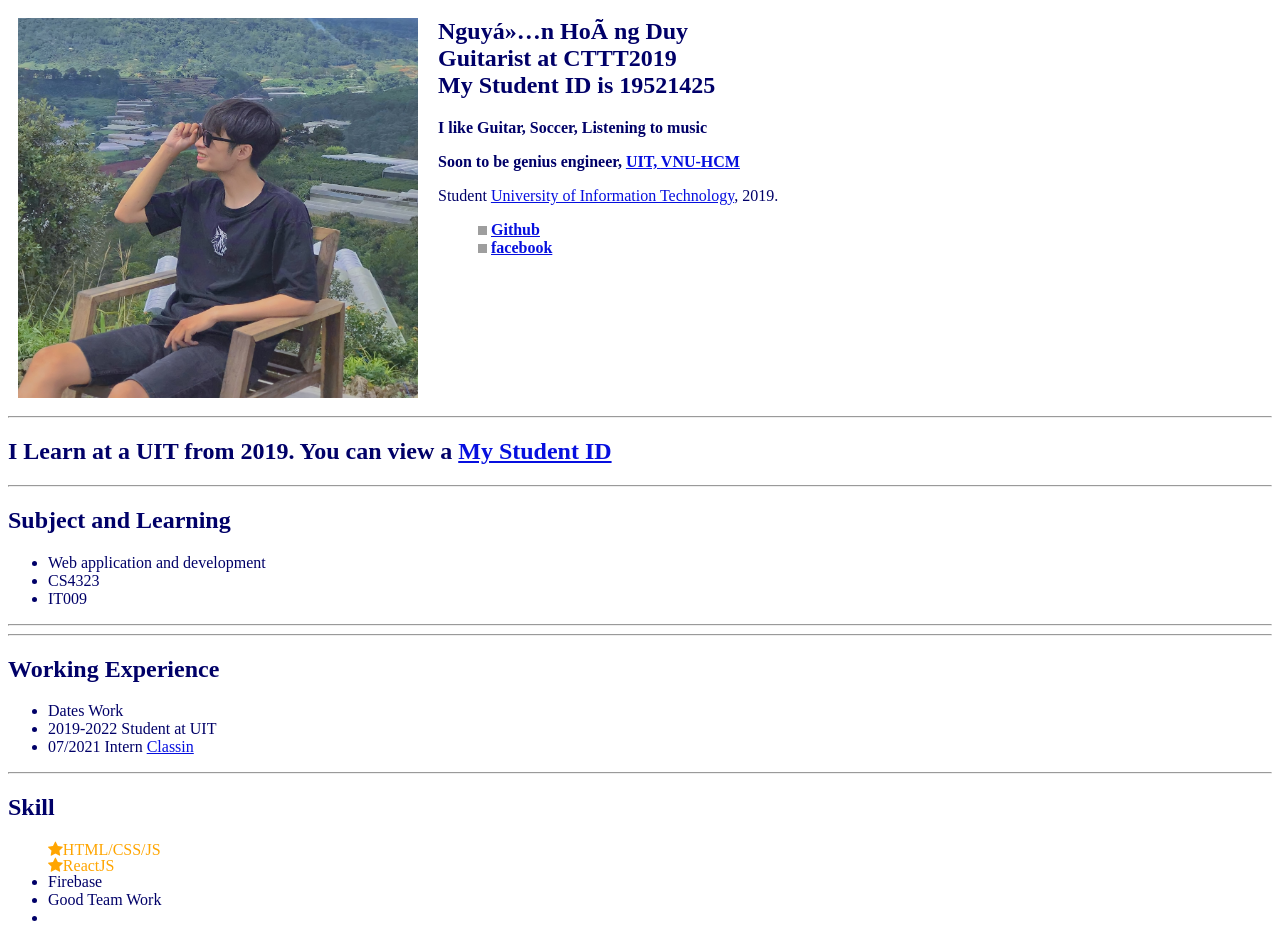
Repository: HoangDuy315/web-dev2022
Page: ex2.html
These files come from the project's save history. The page is drawn as it stood at one moment and after the next save; the edit follows.
The browser window is 1280 px wide. The pictures show the whole page.
Pictures or frames that could not be fetched are drawn as grey boxes.

Above is the page before, as saved 2022-09-22 15:14:07.

### ex2.html
<html>
    <head>
        <title>GnahYuD</title>
        <link rel="SHORTCUT ICON" href="images/cormen-tiny.jpg">
        <script charset="utf-8" src="https://platform.twitter.com/js/button.c6c95b9789db97ea1e9742d215fff751.js"></script>
        <link rel="stylesheet" href="ex2.css">
        <link rel="stylesheet" href="https://cdnjs.cloudflare.com/ajax/libs/font-awesome/4.7.0/css/font-awesome.min.css">
    </head>
<body text="#000068" link="#060FDF" vlink="#060FDF" alink="#DC24C5">

<!-- <TABLE CELLPADDING="10" CELLSPACING="0" WIDTH="475"> -->
<table cellpadding="10" cellspacing="0">
<tbody><tr valign="TOP">

<td valign="TOP" width="151">

<img class="duy" src="./123.JPG"><p>

</p></td>

<td valign="TOP">

<h2>Nguyễn Hoàng Duy<br>
Guitarist at CTTT2019<br>
My Student ID is 19521425
</h2>

<p>
<strong>I like  Guitar, Soccer, Listening to music</strong>
</p>

<p><strong>Soon to be genius engineer,
<a href="https://www.uit.edu.vn/">UIT, <a href="https://vnuhcm.edu.vn/">VNU-HCM</a></a>
</strong> </p>

<p>

Student <a href="https://www.uit.edu.vn/">University of Information Technology</a>, 2019.</p><p>

</p><dd>
<b>
<img src="images/yellowsq.gif" alt="*" width="9" height="9">
  <a href="https://github.com/HoangDuy315">Github</a><br>
<img src="images/yellowsq.gif" alt="*" width="9" height="9">
     <a href="https://www.facebook.com/profile.php?id=100007746304417">facebook</a>
</b>


</dd></td>
</tr>
</tbody></table>




<hr>

<h2>I Learn at a UIT from 2019.  You can view a <a href="https://student.uit.edu.vn/">My Student ID</a></h2>

<hr>
    <h2>Subject and Learning</h2>
    <ul>
        <li>Web application and development</li>
        <li>CS4323</li>
        <li>IT009</li>
    </ul>

<hr>

<hr>
    <h2>Working Experience</h2>
    <ul>
        <li>Dates Work</li>
        <li>2019-2022 Student at UIT</li>
        <li>07/2021 Intern  <a href="https://www.classin.com/">Classin</a></li>
    </ul>
</hr>

<hr>
    <h2>Skill</h2>
    <ul>
        <li class="fa fa-star checked">HTML/CSS/JS</li><br>
        <li class="fa fa-star checked">ReactJS</li>
        <li>Firebase</li>
        <li>Good Team Work</li>
        <li></li>
    </ul>
</hr>

</script>

</body></html>

### ex2.css


.duy {
    color: blue;
    height: 380px;
    width: 400px;
}

.checked {
    color: orange;
}

After the next save:
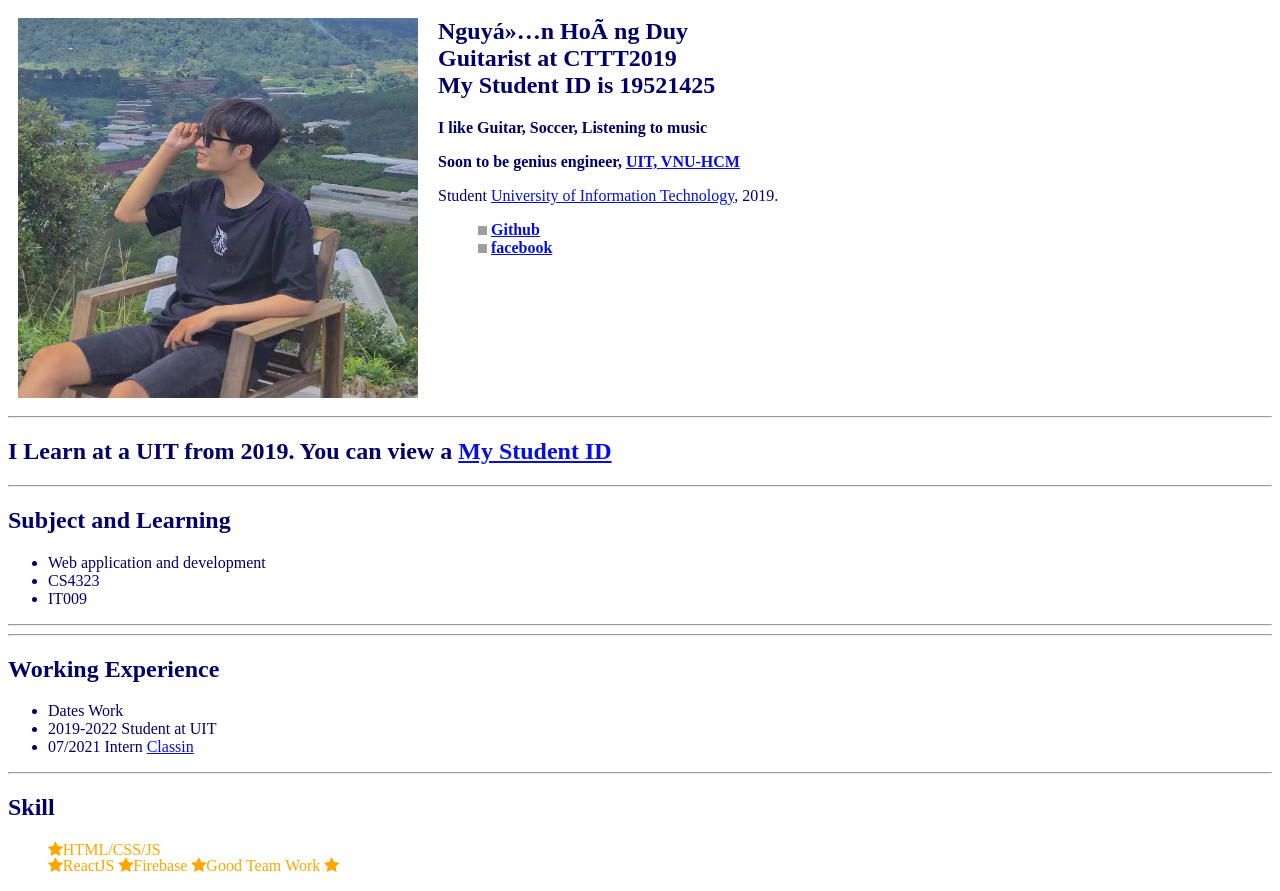
Saved 2 s later.
--- a/ex2.html
+++ b/ex2.html
@@ -81,9 +81,9 @@ Student <a href="https://www.uit.edu.vn/">University of Information Technology</
     <ul>
         <li class="fa fa-star checked">HTML/CSS/JS</li><br>
         <li class="fa fa-star checked">ReactJS</li>
-        <li>Firebase</li>
-        <li>Good Team Work</li>
-        <li></li>
+        <li class="fa fa-star checked">Firebase</li>
+        <li class="fa fa-star checked">Good Team Work</li>
+        <li class="fa fa-star checked"></li>
     </ul>
 </hr>
 
